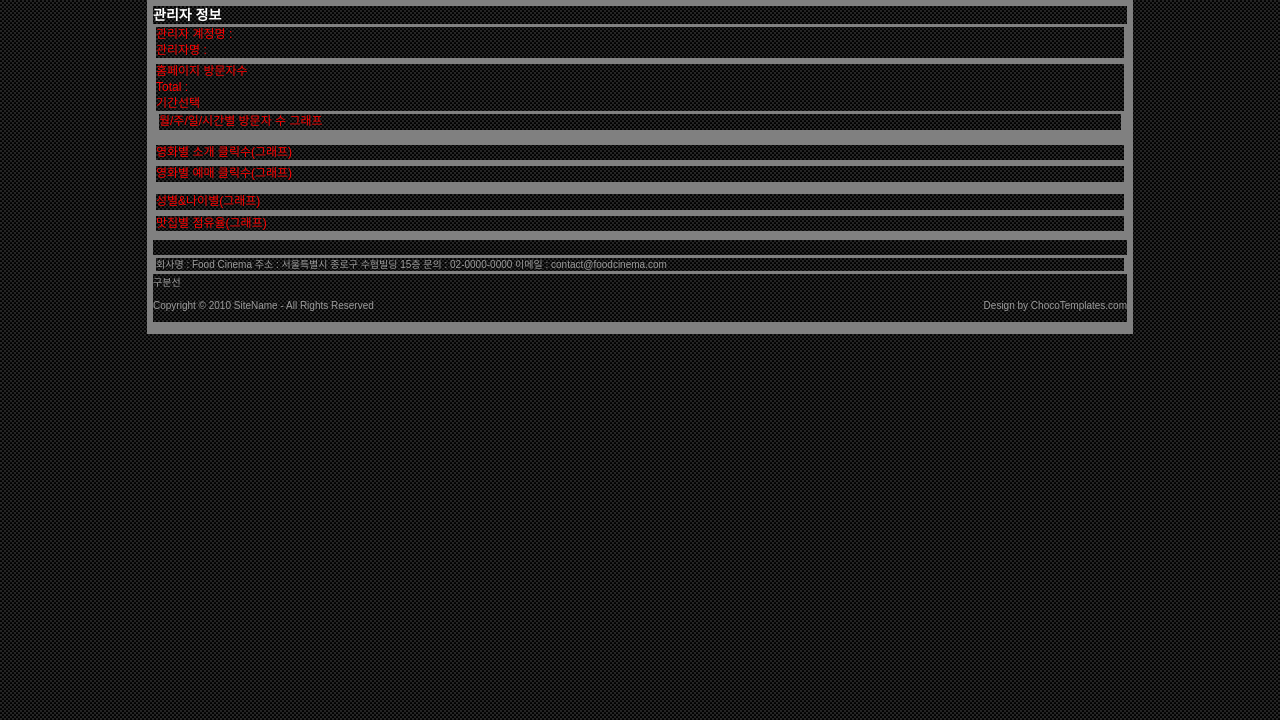
Repository: fhwang2/WEB
Page: http://localhost/FoodCinema/admin.jsp
The author's editor kept a copy of each file at every save. The page is drawn from the files as they stood at one save, then again after the next save.
The browser window is 1280 px wide. The pictures show the whole page.
The page is served by Tomcat 9.

Above is the page before, as saved 2019-07-11 09:23:52.

### FoodCinema/WebContent/admin.jsp
<%@ page language="java" contentType="text/html; charset=UTF-8"
	pageEncoding="UTF-8"%>
<!DOCTYPE html>
<head>
<title>Food Cinema</title>
<meta http-equiv="Content-Type" content="text/html; charset=utf-8" />
<link rel="stylesheet" href="css/style.css" type="text/css" media="all" />
<script src="https://ajax.googleapis.com/ajax/libs/jquery/3.4.1/jquery.min.js"></script>
<script	src="https://maxcdn.bootstrapcdn.com/bootstrap/3.4.0/js/bootstrap.min.js"></script>
<script type="text/javascript" src="js/jquery-1.4.2.min.js"></script>
<script type="text/javascript" src="js/jquery-func.js"></script>

<style>

.adminTotal{
	display : grid;
}
div {
	border-style: solid;
	border-color: gray;
}

</style>

</head>
<body>
	<div id="shell">
		<!-- <div id="header">
			<h1 id="logo">
				<a href="#">FoodCinema</a>
			</h1>
		</div> -->
		<div id="admin_total" class="row">
			<h3>관리자 정보</h3>
			<div id="admin_info" class="col-sm-1">

				<p class="">
					관리자 계정명 :
					<%

				%>
				</p>
				<p>
					관리자명 :
					<%

				%>
				</p>
			</div>
			<div id="totalCnt" class="col-sm-9">
				<p>홈페이지 방문자수</p>
				<p>
					Total :
					<%

				%>
				</p>
				<p>기간선택</p>
				<div id="visitor">월/주/일/시간별 방문자 수 그래프</div>
			</div>
		</div>
		<div id="movie_stat">
			<div id="movie_info_count">영화별 소개 클릭수(그래프)</div>
			<div id="movie_ing_count">영화별 예매 클릭수(그래프)</div>
		</div>
		<div id="matzip_stat">
			<div id="matzip_sex+age">성별&나이별(그래프)</div>
			<div id="matzip_share">맛집별 점유율(그래프)</div>
		</div>
		<div id="footer">
			<div id="companyInfo">
				회사명 : Food Cinema
				주소 : 서울특별시 종로구 수협빌딩 15층
				문의 : 02-0000-0000
				이메일 : contact@foodcinema.com
			</div>
			<p>구분선</p>
			<p class="lf">
				Copyright &copy; 2010 <a href="#">SiteName</a> - All Rights Reserved
			</p>
			<p class="rf">
				Design by <a href="http://chocotemplates.com/">ChocoTemplates.com</a>
			</p>
			<div style="clear: both;"></div>
		</div>
	</div>
</body>
</html>

### FoodCinema/WebContent/css/style.css
* {
	margin:0;
	padding:0;
	outline:0;
}
body {
	font-size:12px;
	line-height:1.3;
	font-family:Arial, Helvetica, Sans-Serif;
	color: red;
	background:url('images/body-bg.gif');
}
a {
	color:#e7b038;
	text-decoration:underline;
	cursor:pointer;
}
a:hover {
	text-decoration:none;
}
a img {
	border:0;
}
input, textarea, select {
	font-size:12px;
	font-family:Arial, Helvetica, sans-serif;
}
textarea {
	overflow:auto;
}
.cl {
	display:block;
	height:0;
	font-size:0;
	line-height:0;
	text-indent:-4000px;
	clear:both;
}
.notext {
	font-size:0;
	line-height:0;
	text-indent:-4000px;
}
.left, .alignleft {
	float:left;
	display:inline;
}
.right, .alignright {
	float:right;
	display:inline;
}
.text-right {
	text-align:right;
}
h2 {
	font-size:10px;
	color:#f2a223;
	font-weight:bold;
}
h3 {
	font-size:14px;
	color:#fff;
	font-weight:bold;
}
h4 {
	font-size:14px;
	color:#f3b12b;
	font-weight:bold;
}
#shell {
	width:980px;
	margin:0 auto;
}
#header {
	position:relative;
}
h1#logo {
	position:absolute;
	top:37px;
	left:0;
}
h1#logo a {
	float:left;
	width:239px;
	height:49px;
	background:url('images/logo.gif') no-repeat 0 0;
	font-size:0;
	line-height:0;
	text-indent:-4000px;
}
.social {
	float:right;
	width:160px;
	padding-top:11px;
}
.social span {
	float:left;
	display:inline;
	font-size:10px;
	color:#9f9f9f;
	line-height:16px;
	padding-right:5px;
}
.social ul {
	list-style:none;
}
.social ul li {
	float:left;
	display:inline;
	width:16px;
	padding-right:2px;
}
.social ul li a {
	float:left;
	display:inline;
	width:16px;
	height:16px;
	background:url('images/social.gif') no-repeat 0 0;
	font-size:0;
	line-height:0;
	text-indent:-4000px;
}
.social ul li a.facebook {
	background-position:-18px 0;
}
.social ul li a.vimeo {
	background-position:-36px 0;
}
.social ul li a.rss {
	background-position:-54px 0;
}
#navigation {
	float:right;
	clear:right;
	padding-top:28px;
	padding-bottom:47px;
}
#navigation ul {
	list-style:none;
}
#navigation ul li {
	float:left;
	display:inline;
	padding-left:29px;
}
#navigation ul li a {
	font-size:14px;
	font-weight:bold;
	color:#fff;
	text-decoration:none;
}
#navigation ul li a.active, #navigation ul li a:hover {
	color:#d91d2a;
}
#sub-navigation {
	display:block;
	clear:right;
	border-top:1px dashed #666;
	border-bottom:1px dashed #666;
	padding:8px 0;
}
#sub-navigation ul {
	list-style:none;
}
#sub-navigation ul li {
	float:left;
	display:inline;
	padding-right:23px;
}
#sub-navigation ul li a {
	font-size:14px;
	font-weight:bold;
	color:#fff;
	line-height:24px;
	text-decoration:none;
}
#sub-navigation ul li a:hover {
	text-decoration:underline;
}
#search {
	width:346px;
	margin:0 0 0 auto;
}
#search label {
	float:left;
	display:inline;
	font-size:14px;
	font-weight:bold;
	color:#fff;
	line-height:24px;
	padding-right:6px;
}
#search .search-field {
	width:238px;
	border:1px solid #413e3e;
	background:#000;
	color:#787878;
	padding:2px 0 2px 2px;
}
#search .search-button {
	font-size:14px;
	font-weight:bold;
	border:0;
	background:none;
	color:#fff;
	cursor:pointer;
}
#main {
	border-bottom:1px dashed #413e3e;
}
#content {
}
.box {
	width:980px;
	border-bottom:1px dashed #413e3e;
	padding-bottom:21px;
}
.box .head {
	width:980px;
	padding-top:14px;
	padding-bottom:11px;
}
.box .head h2 {
	float:left;
	display:inline;
}
.box .movie {
	width:152px;
	float:left;
	padding-right:12px;
}
.movie-image {
	float:left;
	width:152px;
	height:214px;
	position:relative;
}
.movie-image img {
	width:152px;
	height:214px;
}
.movie-image a {
	float:left;
	display:inline;
	width:152px;
	height:214px;
	position:relative;
	z-index:2;
}
.play {
	position:absolute;
	top:0;
	left:0;
	width:152px;
	height:214px;
	background:url('images/image-hover.png');
	display:block;
	z-index:5;
	cursor:pointer;
	display:none;
}
.movie span.name {
	font-weight:bold;
	color:#fff;
	font-size:14px;
	text-align:center;
	padding-top:160px;
	display:block;
}
.box .last {
	padding:0;
}
.rating {
	float:left;
	width:152px;
	padding-top:8px;
}
.rating p {
	float:left;
	font-size:10px;
	color:#fff;
	font-weight:bold;
}
.rating .stars {
	float:left;
	width:60px;
	height:11px;
	background:url('images/stars.gif') no-repeat 0 0;
	margin-left:2px;
}
.rating .stars-in {
	width:48px;
	display:inline;
	background:url('images/stars.gif') no-repeat 0 bottom;
	position:absolute;
	height:11px;
	font-size:0;
	line-height:0;
	text-indent:-4000px;
}
.comments {
	background:url('images/comments.gif') no-repeat 0 center;
	padding-left:12px;
	float:right;
}
#news {
	width:460px;
	float:left;
}
#news .head {
	width:460px;
	padding-top:11px;
	padding-bottom:14px;
}
#news h3, #coming h3 {
	float:left;
}
#coming {
	width:490px;
	float:left;
	padding-left:30px;
}
#coming .head {
	width:490px;
	padding-top:11px;
	padding-bottom:14px;
}
#coming .head strong {
	color:#ff361a;
}
#coming .content {
	min-height:130px;
	height:auto !important;
	height:130px;
	padding-bottom:20px;
}
#coming .content h4 {
	padding-bottom:3px;
}
.content {
	padding-bottom:28px;
}
.content .date {
	font-size:10px;
	color:#fff;
}
.content img {
	float:left;
	width:68px;
	padding-right:8px;
}
.content p {
	font-size:13px;
	color:#fff;
	line-height:16px;
}
.content a {
	font-size:11px;
}
#footer {
	padding:15px 0 0 0;
	font-size:10px;
}
#footer, #footer a {
	color:#9c9c9c;
	text-decoration:none;
}
#footer a:hover {
	text-decoration:none;
}
#footer p {
	margin:0;
	padding:0 0 11px 0;
	line-height:normal;
	white-space:nowrap;
}
#footer .lf {
	float:left;
}
#footer .rf {
	float:right;
}

Loaded but not shown: FoodCinema/WebContent/js/jquery-1.4.2.min.js (library); FoodCinema/WebContent/js/jquery-func.js (common file)

After the next save:
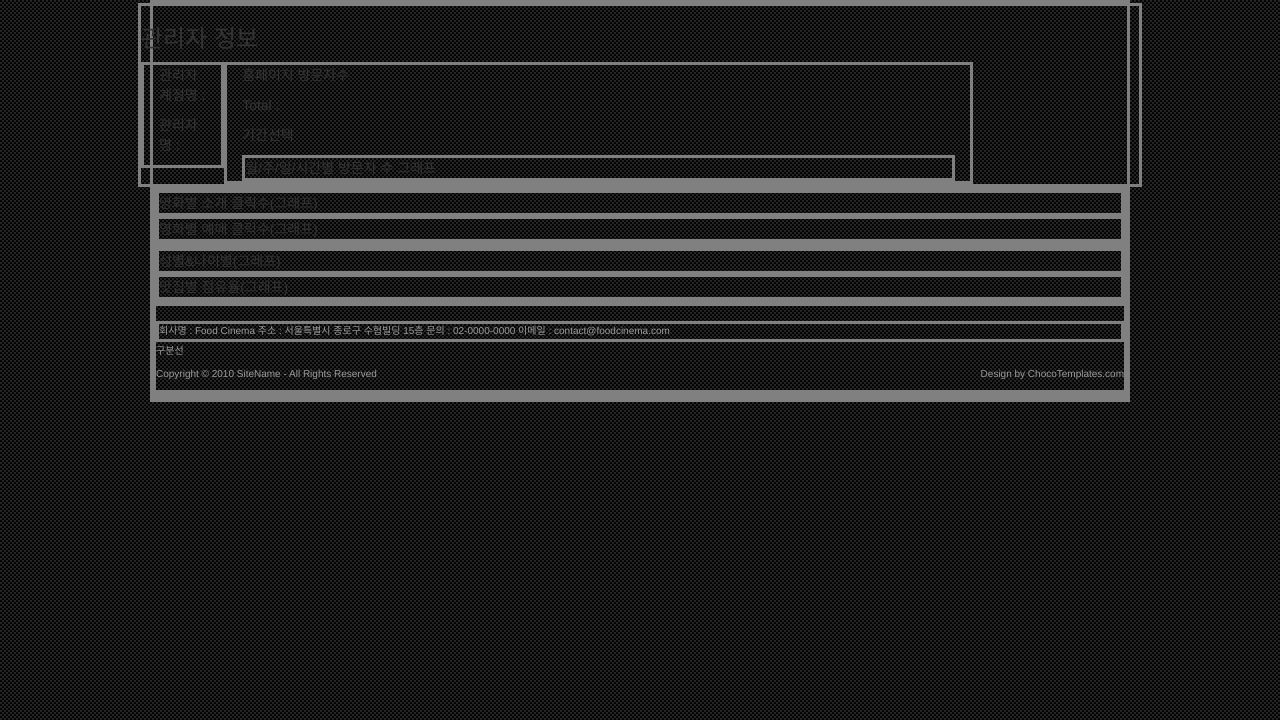
Saved 85 s later.
--- a/FoodCinema/WebContent/admin.jsp
+++ b/FoodCinema/WebContent/admin.jsp
@@ -5,6 +5,8 @@
 <title>Food Cinema</title>
 <meta http-equiv="Content-Type" content="text/html; charset=utf-8" />
 <link rel="stylesheet" href="css/style.css" type="text/css" media="all" />
+<link rel="stylesheet"
+	href="https://maxcdn.bootstrapcdn.com/bootstrap/3.4.0/css/bootstrap.min.css">
 <script src="https://ajax.googleapis.com/ajax/libs/jquery/3.4.1/jquery.min.js"></script>
 <script	src="https://maxcdn.bootstrapcdn.com/bootstrap/3.4.0/js/bootstrap.min.js"></script>
 <script type="text/javascript" src="js/jquery-1.4.2.min.js"></script>
